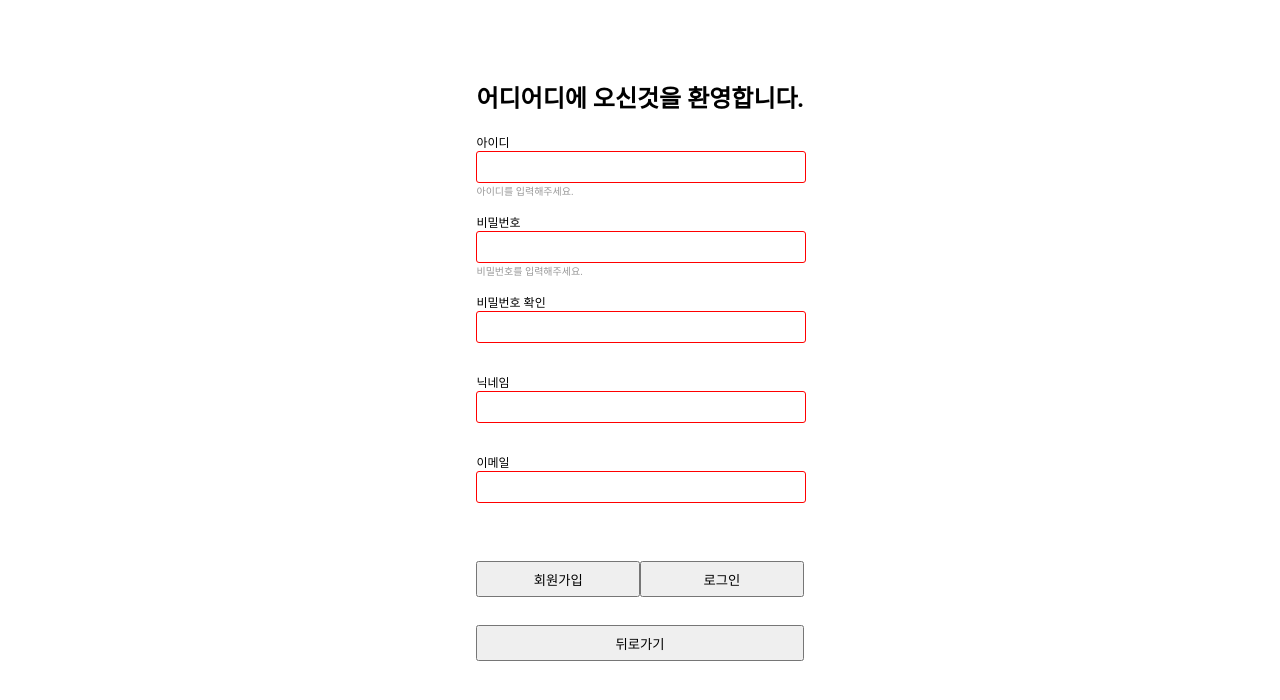
Repository: zzangyu/koreanFoodsProject
Page: http://localhost/koreanFoodsProject/koreanFoods/signUp.jsp
These files come from the project's save history. The page is drawn as it stood at one moment and after the next save; the edit follows.
The browser window is 1280 px wide. The pictures show the whole page.
The page is served by Tomcat 9.

Above is the page before, as saved 2022-12-29 07:38:41.

After the next save:
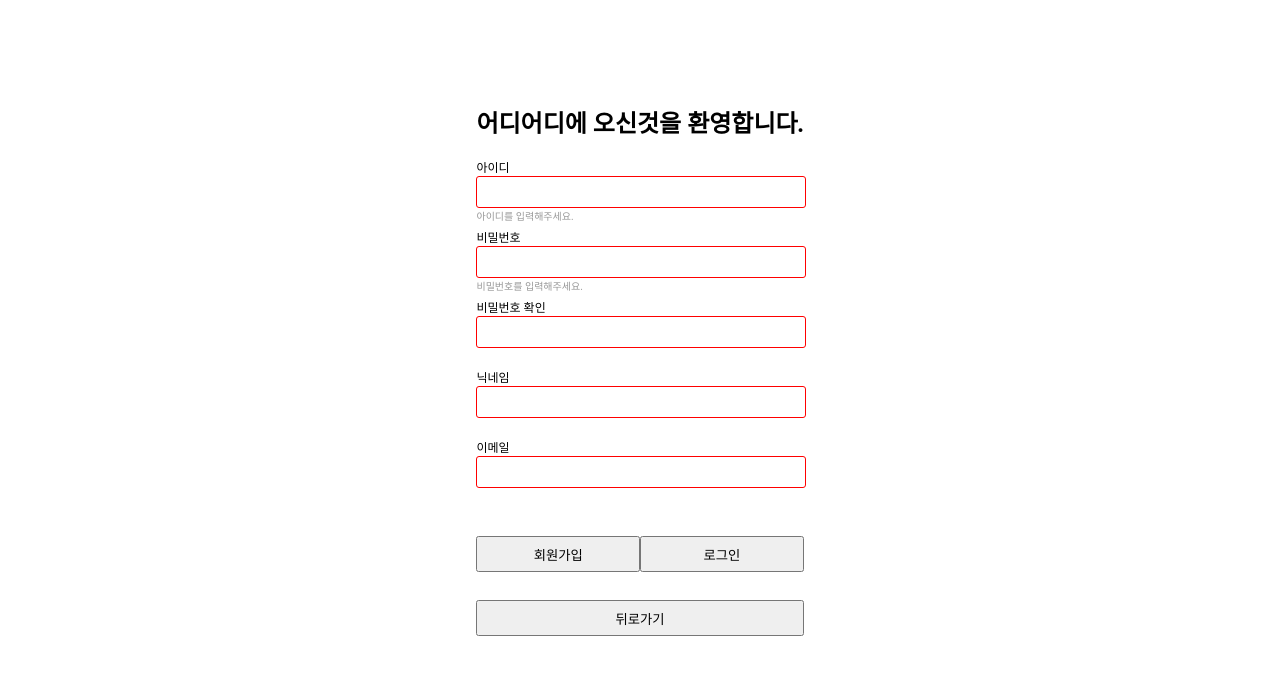
Saved 9 s later.
--- a/koreanFoodsProject/src/main/webapp/koreanFoods/css/kFoods.css
+++ b/koreanFoodsProject/src/main/webapp/koreanFoods/css/kFoods.css
@@ -33,7 +33,7 @@ a {
 }
 #signUp_Wrap > div {
 	width: 100%;
-	height: 80px;
+	height: 70px;
 }
 .signUp_input {
 	margin: 0;
